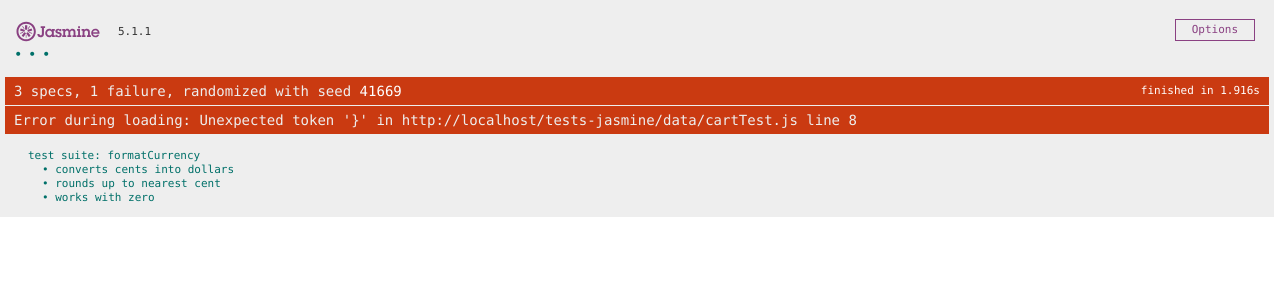
Repository: Srikeerthi05/Amazon-project
Page: tests-jasmine/tests.html
The author's editor kept a copy of each file at every save. The page is drawn from the files as they stood at one save, then again after a run of saves.
The browser window is 1280 px wide. The pictures show the whole page.

Above is the page before, as saved 2025-05-25 13:42:58.
Console error: SyntaxError: Unexpected token '}'

### tests-jasmine/tests.html
<!DOCTYPE html>
<html>
<head>
  <meta charset="utf-8">
  <title>Jasmine Spec Runner v5.1.1</title>

  <link rel="shortcut icon" type="image/png" href="lib/jasmine-5.1.1/jasmine_favicon.png">
  <link rel="stylesheet" href="lib/jasmine-5.1.1/jasmine.css">

  <script src="lib/jasmine-5.1.1/jasmine.js"></script>
  <script src="lib/jasmine-5.1.1/jasmine-html.js"></script>
  <script src="lib/jasmine-5.1.1/boot0.js"></script>
  <!-- optional: include a file here that configures the Jasmine env -->
  <script src="lib/jasmine-5.1.1/boot1.js"></script>


  <script src="utils/moneyTest.js" type="module"></script>
  <script src="data/cartTest.js" type="module"></script>

</head>

<body>
</body>
</html>

### tests-jasmine/utils/moneyTest.js
import {formatCurrency} from '../../scripts/utils/money.js';

describe('test suite: formatCurrency',()=>{
    it('converts cents into dollars',()=>{
        expect(formatCurrency(2095)).toEqual('20.95');
    })
    it('works with zero',()=>{
        expect(formatCurrency(0)).toEqual('0.00');
    })
    it('rounds up to nearest cent',()=>{
        expect(formatCurrency(2000.5)).toEqual('20.01');
    })
})

### tests-jasmine/data/cartTest.js
import {addToCart,cart, loadFromStorage} from '../../data/cart.js';

describe('test suite:Add to cart',()=>{
    it('adds an existing product to the cart',()=>{
        spyOn(localStorage,'getItem').and.callFake(()=>{
            return JSON.stringify([]);
            productId:
        });

        loadFromStorage();
    });

    it('adds a new product to the cart',()=>{
        spyOn(localStorage,'setItem');




        addToCart('e43638ce-6aa0-4b85-b27f-e1d07eb678c6');
        expect(cart.length).toEqual(1);
        expect(localStorage.setItem).toHaveBeenCalledTimes(1);
        expect(cart[0].productId).toEqual('e43638ce-6aa0-4b85-b27f-e1d07eb678c6');
        expect(cart[0].quantity).toEqual(1);
    });


});

### scripts/utils/money.js
export  function formatCurrency(priceCents){
    return (Math.round(priceCents)/100).toFixed(2);
}
export default formatCurrency;

Loaded but not shown: tests-jasmine/lib/jasmine-5.1.1/jasmine.css (library); tests-jasmine/lib/jasmine-5.1.1/jasmine.js (library); tests-jasmine/lib/jasmine-5.1.1/jasmine-html.js (library); tests-jasmine/lib/jasmine-5.1.1/boot0.js (common file); tests-jasmine/lib/jasmine-5.1.1/boot1.js (library)

After the next 2 saves:
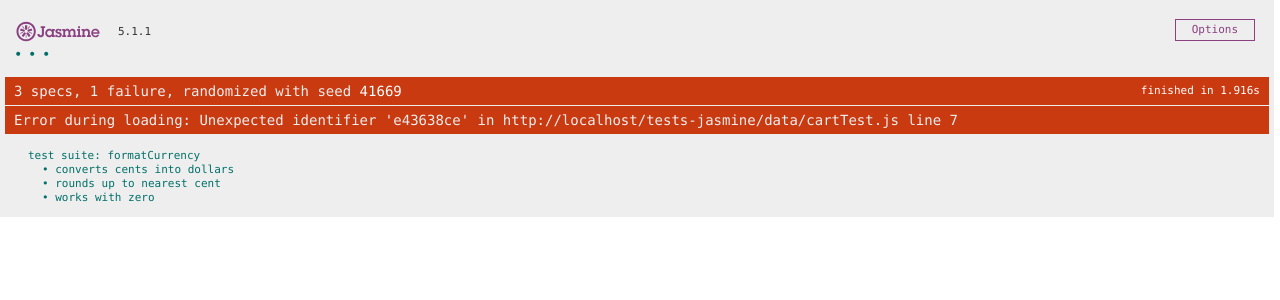
Console error: SyntaxError: Unexpected identifier 'e43638ce'
The 2 saves are shown as one change because they came seconds apart.
The last was saved 11 s later.
--- a/tests-jasmine/data/cartTest.js
+++ b/tests-jasmine/data/cartTest.js
@@ -4,7 +4,7 @@
     it('adds an existing product to the cart',()=>{
         spyOn(localStorage,'getItem').and.callFake(()=>{
             return JSON.stringify([]);
-            productId:
+            productId:''e43638ce-6aa0-4b85-b27f-e1d07eb678c6''
         });
 
         loadFromStorage();
